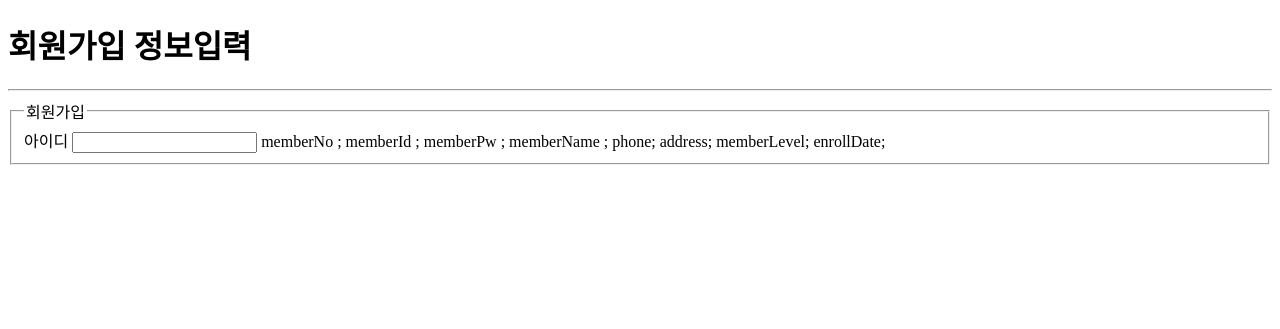
Repository: beescuit9510/toyProjects
Page: web-server-workplace/03_dbProject/src/main/webapp/html/join.html
The author's editor kept a copy of each file at every save. The page is drawn from the files as they stood at one save, then again after the next save.
The browser window is 1280 px wide. The pictures show the whole page.

Above is the page before, as saved 2021-09-30 00:47:45.

### web-server-workplace/03_dbProject/src/main/webapp/html/join.html
<!DOCTYPE html>
<html>
<head>
<meta charset="UTF-8">
<title>Insert title here</title>
</head>
<body>
	<h1>회원가입 정보입력</h1>
	<hr>
	<form action="/join" method="post">
		<fieldset>
			<legend>회원가입</legend>
			<label for="memberId">아이디</label>
			<input type="text" name="memberId">


	memberNo ;
    memberId ;
    memberPw ;
    memberName ;
    phone;
    address;
    memberLevel;
    enrollDate;
		</fieldset>
	</form>
</body>
</html>

After the next save:
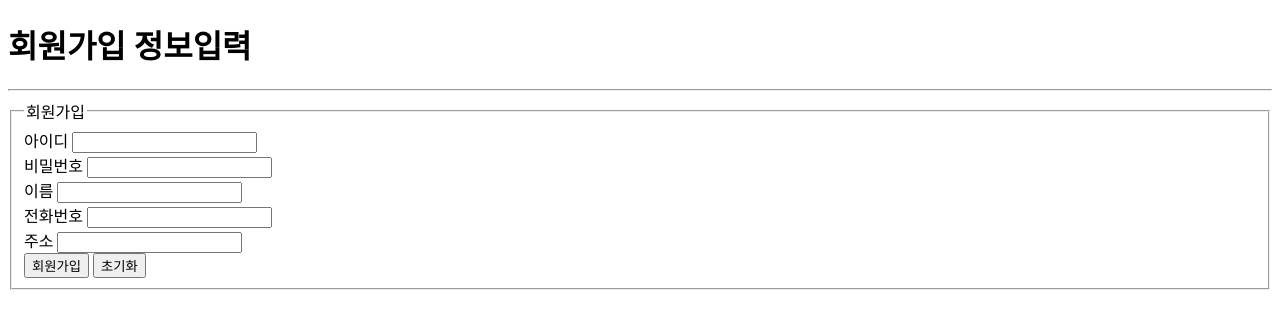
Saved 2 min 51 s later.
--- a/web-server-workplace/03_dbProject/src/main/webapp/html/join.html
+++ b/web-server-workplace/03_dbProject/src/main/webapp/html/join.html
@@ -11,17 +11,17 @@
 		<fieldset>
 			<legend>회원가입</legend>
 			<label for="memberId">아이디</label>
-			<input type="text" name="memberId">
-
-
-	memberNo ;
-    memberId ;
-    memberPw ;
-    memberName ;
-    phone;
-    address;
-    memberLevel;
-    enrollDate;
+			<input type="text" name="memberId"><br>
+			<label for="memberPw">비밀번호</label>
+			<input type="text" name="memberPw"><br>
+			<label for="memberName">이름</label>
+			<input type="text" name="memberName"><br>
+			<label for="phone">전화번호</label>
+			<input type="text" name="phone"><br>
+			<label for="address">주소</label>
+			<input type="text" name="address"><br>
+			<input type="submit" value="회원가입">
+			<input type="reset" value="초기화">
 		</fieldset>
 	</form>
 </body>
